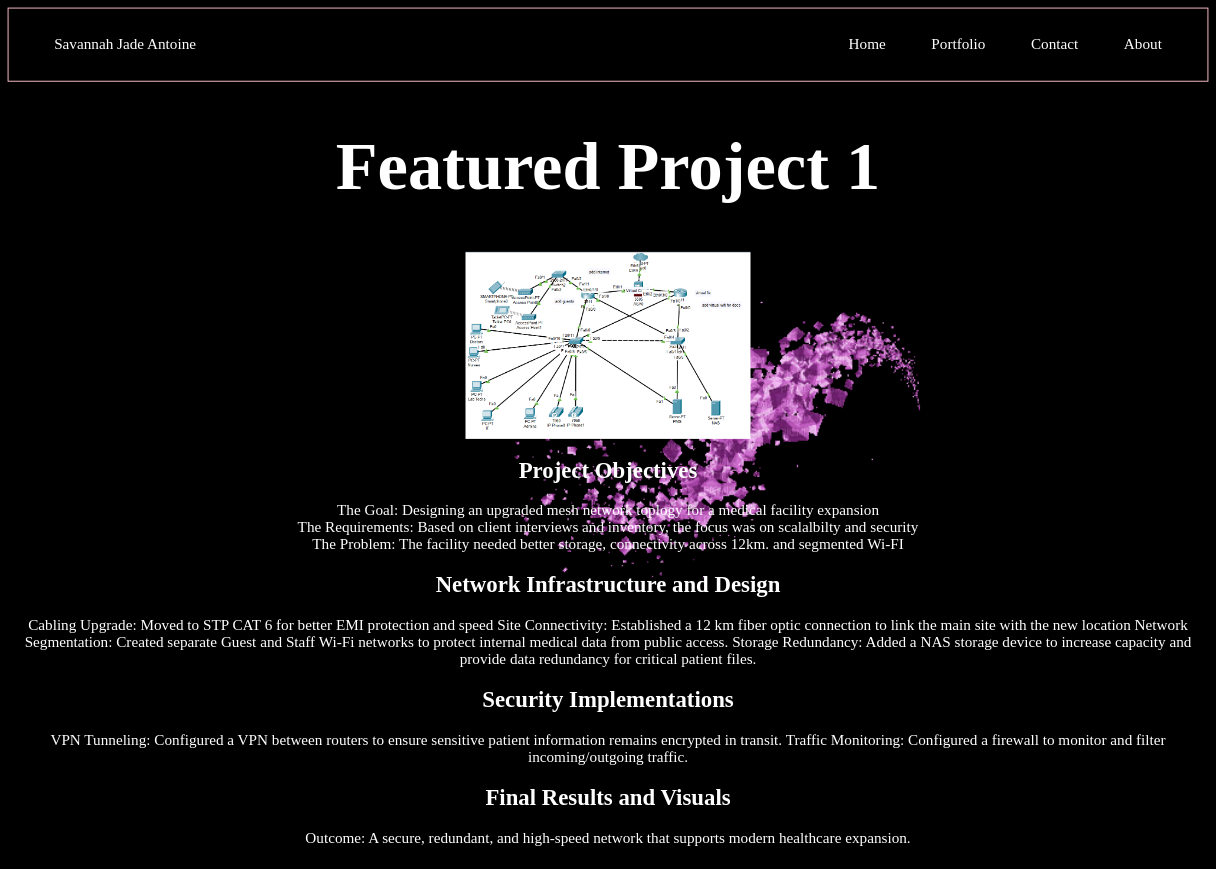
Repository: Savannah-Antoine/Savannah-Antoine
Page: pages/project-name-1.html
These files come from the project's save history. The page is drawn as it stood at one moment and after the next save; the edit follows.
The browser window is 1280 px wide. The pictures show the whole page, at 95% of full size.

Above is the page before, as saved 2026-05-15 15:16:30.

### pages/project-name-1.html
<!DOCTYPE html>
<html lang="en">
<head>
    <meta charset="UTF-8">
    <meta name="viewport" content="width=device-width, initial-scale=1.0">
    <link rel = "stylesheet" href = "../styles/page.css" />
    <link rel = "stylesheet" href = "../styles/globals.css" />
    <title>Document</title>
</head>
<body>
<header>
    <nav>
        <ul class = "navigation">
  <li><a href="../index.html">Home</a></li>
  <li><a href="../pages/portfolioPage.html">Portfolio</a></li>
  <li><a href="../pages/contact.html">Contact</a></li>
  <li><a href="../pages/about.asp">About</a></li>
</ul>
        <ul class = "homeButton">
           <li><a   href = "../index.html">Savannah Jade Antoine</a></li>
        </ul>
</nav>
<h1>Featured Project 1</h1>
</header>
<main class = "container">



<img src = "../assets/images/Project1.png" alt = "First Portfolio placeholder image" />
<section>
<h2>Project Objectives</h2>
    <p>
        The Goal: Designing an upgraded mesh network toplogy for a medical facility expansion<br>
        The Requirements: Based on client interviews and inventory, the focus was on scalalbilty and security<br>
        The Problem: The facility needed better storage, connectivity across 12km. and segmented Wi-FI
    </p>
<h2>Network Infrastructure and Design</h2>
<p>
    Cabling Upgrade: Moved to STP CAT 6 for better EMI protection and speed
    Site Connectivity: Established a 12 km fiber optic connection to link the main site with the new location
    Network Segmentation: Created separate Guest and Staff Wi-Fi networks to protect internal medical data from public access.
     Storage Redundancy: Added a NAS storage device to increase capacity and provide data redundancy for critical patient files.
</p>


<h2>Security Implementations</h2>
<p>
VPN Tunneling: Configured a VPN between routers to ensure sensitive patient information remains encrypted in transit.

Traffic Monitoring: Configured a firewall to monitor and filter incoming/outgoing traffic.

</p>


<h2>Final Results and Visuals</h2>

<p>
    Outcome: A secure, redundant, and high-speed network that supports modern healthcare expansion.
</p>
</section>




</main>

</body>
</html>

### styles/page.css

body h1{
    font-size: 3rem;

}

img{
    width: 300px;
    height:auto;
}

@media screen and (min-width: 768px)
{
    body h1{
    font-size: 4.5rem;
}


    .container{
          display:flex;
          flex-direction: row;
          flex-wrap: wrap;
          justify-content: center;

    }
}

@media screen and (min-width: 1000px)
{

}

### styles/globals.css
body {
    background-color: black;
  background-image: url(/assets/images/background-pic.gif);
  background-repeat: no-repeat;
  background-size: cover;
  color: white;
  font-size: 1rem;
  text-align: center;
}



.homeButton{
  order: -1;
  list-style-type: none;
  margin: 0;
  padding: 0;
  display: flex;
  justify-content: left;

}


nav {
    display: flex;
    justify-content: space-between;
    align-items: center;
    padding: 1rem 2rem;

    border: 0.1rem solid pink;
    cursor: pointer;


}



nav ul {
    display: flex;
    list-style: none;
    gap: 1rem;
    margin: 0;
    padding: 0;
}
button {
    padding: 0.7rem 1.2rem;
    background-color: transparent;
    color: white;
    border: 0.1rem solid pink;
    cursor: pointer;
    transition: all 0.3s ease;
    border-radius: 0.2rem;
    gap: 1rem;
}
button:hover {
    background-color: pink;
    color: rgb(31, 1, 31);
    transform: translateY(-3px);
    box-shadow: 0 0.3rem 1rem rgba(255, 255, 255, 0.3);
}

.infoButtons {
    display: flex;
    justify-content: center;
    gap: 1.5rem;
    margin-top: 1.4rem;
    min-width: 100px;
    padding: 0.7rem 0.9rem;
}

li a {
  display: block;
  color: white;
  padding: 0.8rem 1rem;
  text-decoration: none;
}

ul li a:hover {
 background-color: pink;
  color: rgb(31, 1, 31);
  box-shadow: 0 0.5rem 0.9rem rgba(255, 255, 255, 0.3)
}

h1{

  font-size: 4rem;
}

After the next save:
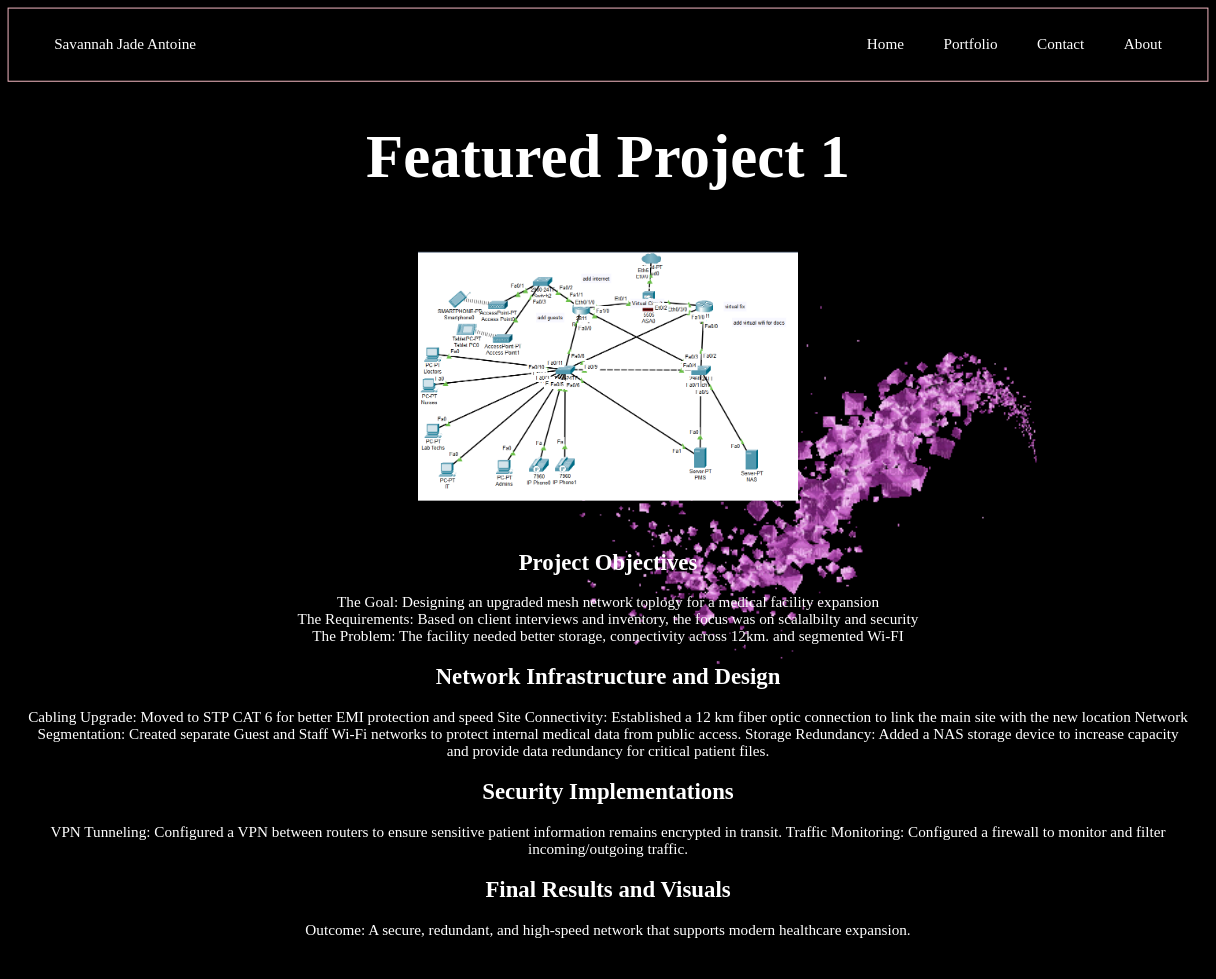
Saved 2 min 29 s later.
--- a/styles/page.css
+++ b/styles/page.css
@@ -1,31 +1,60 @@
+
+.container{
+  display: flex;
+    flex-direction: column;
+    align-items: center;
+    gap: 2rem;
+    padding: 1.2rem;
+
+}
+
+
+.navigation {
+    display: grid;
+    grid-template-columns: repeat(2, 1fr);
+    gap: 0.6rem;
+    text-align: right;
+}
+
 
 body h1{
-    font-size: 3rem;
+    font-size: 2.5rem;
 
 }
 
 img{
-    width: 300px;
-    height:auto;
+    width: 100%;
+    max-width: 400px;
+    height: auto;
 }
 
 @media screen and (min-width: 768px)
 {
-    body h1{
-    font-size: 4.5rem;
+
+   body h1 {
+        font-size: 4rem;
+    }
+    .container {
+        flex-direction: row;
+        flex-wrap: wrap;
+        align-items: flex-start;
+        justify-content: space-around;
+    }
+
+
+
+    .navigation{
+        display:flex;
+    }
+
 }
 
 
-    .container{
-          display:flex;
-          flex-direction: row;
-          flex-wrap: wrap;
-          justify-content: center;
-
-    }
-}
-
 @media screen and (min-width: 1000px)
 {
+    .container {
+        margin: 0 auto;
+    }
+
 
 }
